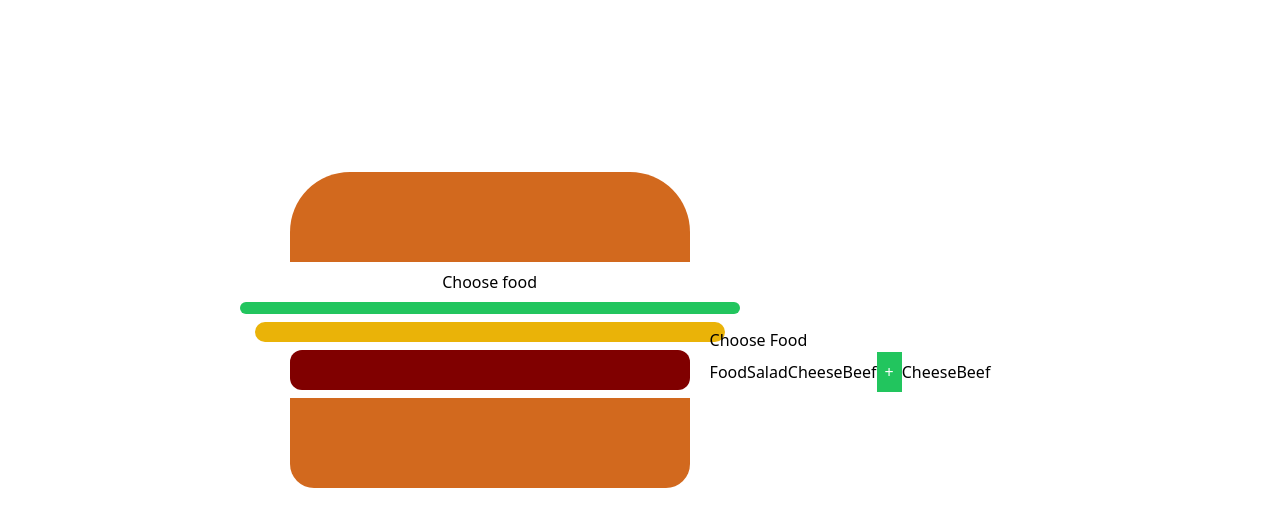
Repository: baobaodeveloper/bootcamp21_HuynhAnhBao_Burger
Page: /
The author's editor kept a copy of each file at every save. The page is drawn from the files as they stood at one save, then again after the next save.
The browser window is 1280 px wide. The pictures show the whole page.
The project was rebuilt for these pictures with package versions that can differ from the ones it lists, and the page was loaded fresh each time. Also part of the build but not shown: vite.config.js.

Above is the page before, as saved 2022-05-15 16:52:56.

After the next save:
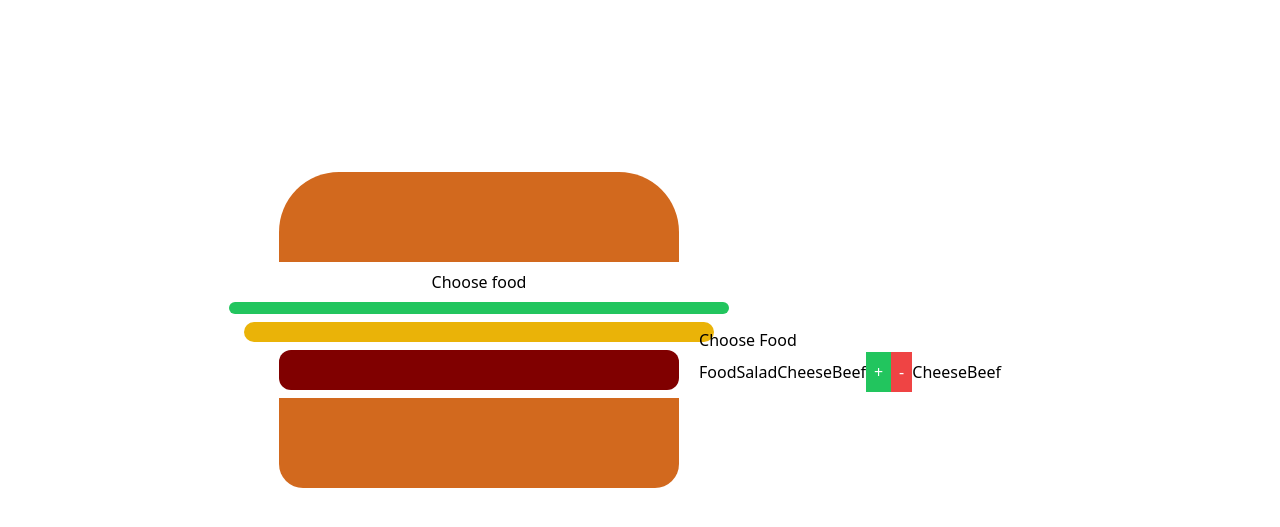
Saved 21 s later.
--- a/src/components/Burger.jsx
+++ b/src/components/Burger.jsx
@@ -30,6 +30,7 @@ export default function Burger() {
               <span></span>
               <span>
                 <button className="p-2 bg-green-500 text-white">+</button>
+                <button className="p-2 bg-red-500 text-white">-</button>
               </span>
               <span>Cheese</span>
               <span>Beef</span>
